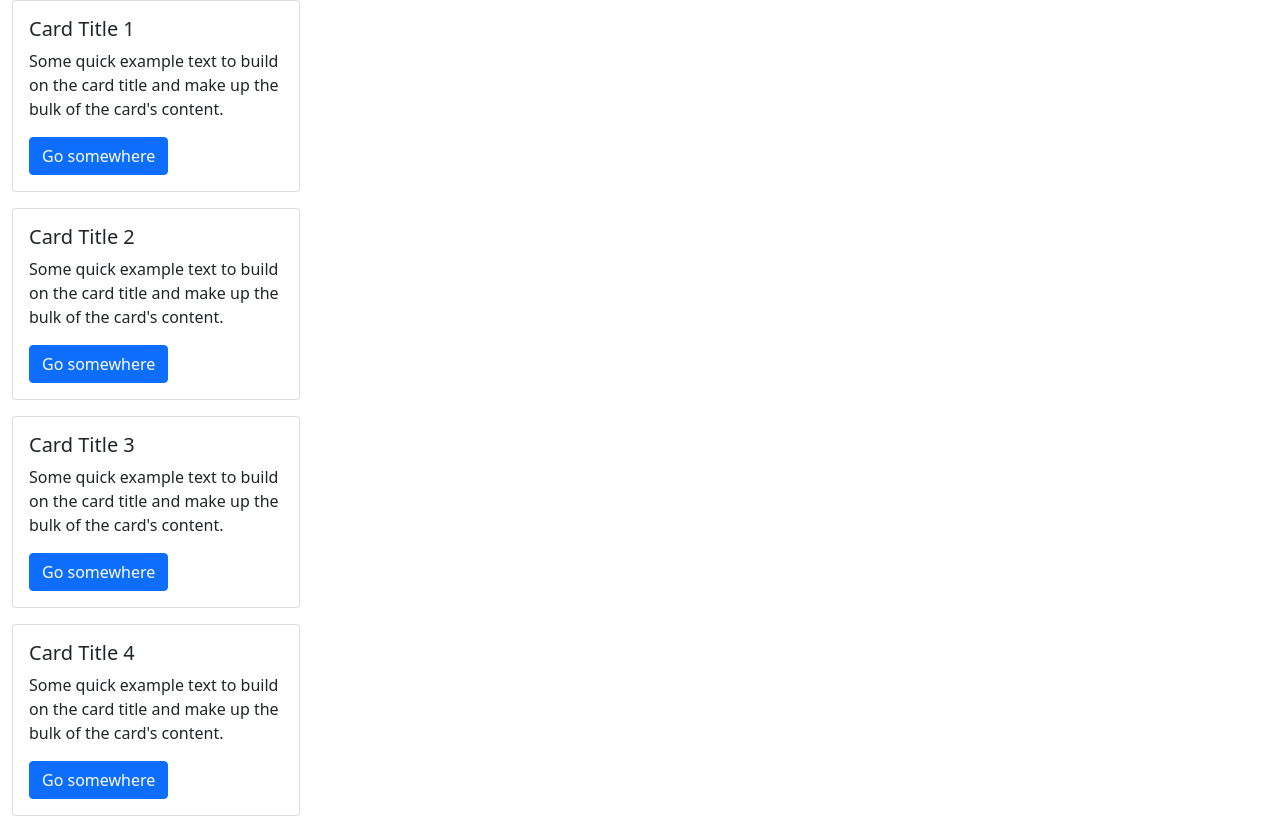
Repository: Dayvid0/BOOTSTRAP-TUTORIALS
Page: BOOTSTRAP-GRID-LAYOUTS/layouts.html
These files come from the project's save history. The page is drawn as it stood at one moment and after the next save; the edit follows.
The browser window is 1280 px wide. The pictures show the whole page.

Above is the page before, as saved 2025-01-24 12:45:15.

### BOOTSTRAP-GRID-LAYOUTS/layouts.html
<!doctype html>
<html lang="en">
  <head>
    <!-- Required meta tags -->
    <meta charset="utf-8">
    <meta name="viewport" content="width=device-width, initial-scale=1">
    <!-- Bootstrap CSS -->
    <link href="https://cdn.jsdelivr.net/npm/bootstrap@5.0.2/dist/css/bootstrap.min.css" rel="stylesheet" integrity="sha384-EVSTQN3/azprG1Anm3QDgpJLIm9Nao0Yz1ztcQTwFspd3yD65VohhpuuCOmLASjC" crossorigin="anonymous">
    <title>Hello, world!</title>
  </head>
  <body>
    <div class="container-fluid">
      <div class="row">
        <div class="col-md-3">
          <!-- Card 1 -->
          <div class="card mb-3" style="width: 18rem;">
            <div class="card-body">
              <h5 class="card-title">Card Title 1</h5>
              <p class="card-text">Some quick example text to build on the card title and make up the bulk of the card's content.</p>
              <a href="#" class="btn btn-primary">Go somewhere</a>
            </div>
          </div>
          <!-- Card 2 -->
          <div class="card mb-3" style="width: 18rem;">
            <div class="card-body">
              <h5 class="card-title">Card Title 2</h5>
              <p class="card-text">Some quick example text to build on the card title and make up the bulk of the card's content.</p>
              <a href="#" class="btn btn-primary">Go somewhere</a>
            </div>
          </div>
          <!-- Card 3 -->
          <div class="card mb-3" style="width: 18rem;">
            <div class="card-body">
              <h5 class="card-title">Card Title 3</h5>
              <p class="card-text">Some quick example text to build on the card title and make up the bulk of the card's content.</p>
              <a href="#" class="btn btn-primary">Go somewhere</a>
            </div>
          </div>
          <!-- Card 4 -->
          <div class="card mb-3" style="width: 18rem;">
            <div class="card-body">
              <h5 class="card-title">Card Title 4</h5>
              <p class="card-text">Some quick example text to build on the card title and make up the bulk of the card's content.</p>
              <a href="#" class="btn btn-primary">Go somewhere</a>
            </div>
          </div>
        </div>
      </div>
    </div>
    <script src="https://cdn.jsdelivr.net/npm/bootstrap@5.0.2/dist/js/bootstrap.bundle.min.js" integrity="sha384-MrcW6ZMFYlzcLA8Nl+NtUVF0sA7MsXsP1UyJoMp4YLEuNSfAP+JcXn/tWtIaxVXM" crossorigin="anonymous"></script>
  </body>
</html>

After the next save:
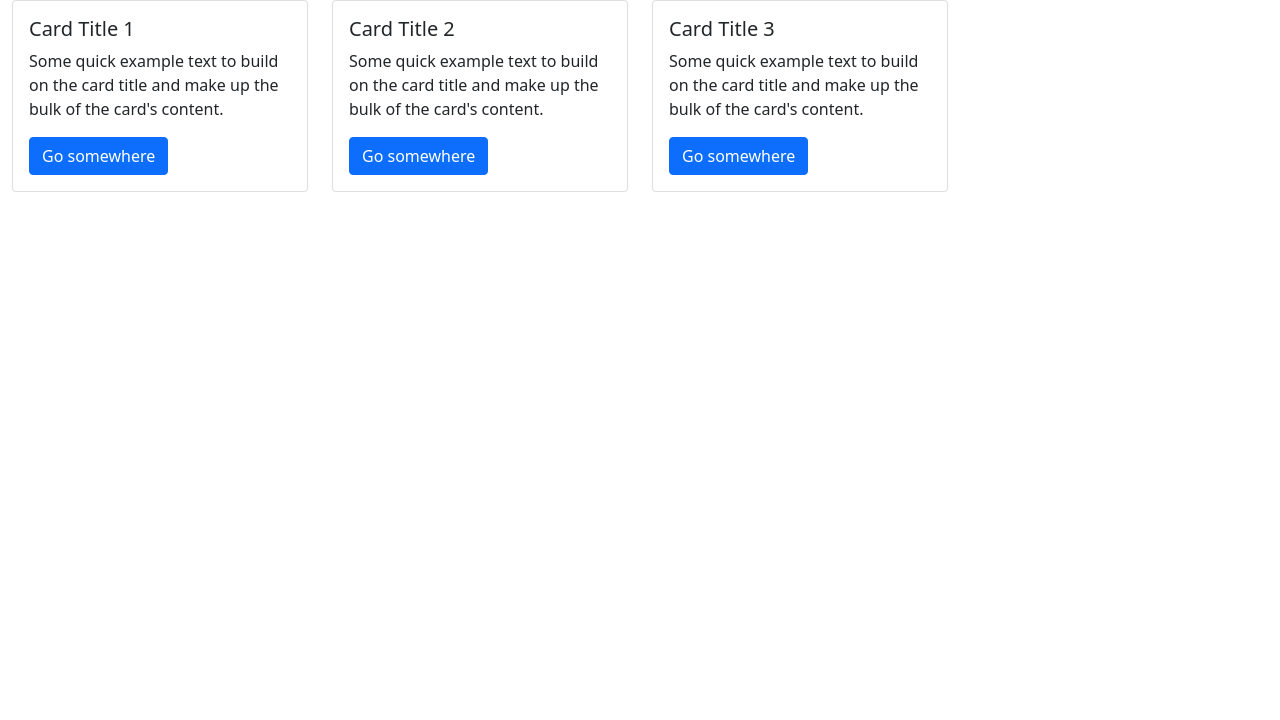
Saved 2 h 1 min later.
--- a/BOOTSTRAP-GRID-LAYOUTS/layouts.html
+++ b/BOOTSTRAP-GRID-LAYOUTS/layouts.html
@@ -6,47 +6,35 @@
     <meta name="viewport" content="width=device-width, initial-scale=1">
     <!-- Bootstrap CSS -->
     <link href="https://cdn.jsdelivr.net/npm/bootstrap@5.0.2/dist/css/bootstrap.min.css" rel="stylesheet" integrity="sha384-EVSTQN3/azprG1Anm3QDgpJLIm9Nao0Yz1ztcQTwFspd3yD65VohhpuuCOmLASjC" crossorigin="anonymous">
-    <title>Hello, world!</title>
+    <title>Cards Across Screen</title>
   </head>
   <body>
     <div class="container-fluid">
       <div class="row">
+        <!-- Card 1 -->
         <div class="col-md-3">
-          <!-- Card 1 -->
-          <div class="card mb-3" style="width: 18rem;">
+          <div class="card" style="width: 100%;">
             <div class="card-body">
               <h5 class="card-title">Card Title 1</h5>
               <p class="card-text">Some quick example text to build on the card title and make up the bulk of the card's content.</p>
               <a href="#" class="btn btn-primary">Go somewhere</a>
             </div>
           </div>
-          <!-- Card 2 -->
-          <div class="card mb-3" style="width: 18rem;">
+        </div>
+        <!-- Card 2 -->
+        <div class="col-md-3">
+          <div class="card" style="width: 100%;">
             <div class="card-body">
               <h5 class="card-title">Card Title 2</h5>
               <p class="card-text">Some quick example text to build on the card title and make up the bulk of the card's content.</p>
               <a href="#" class="btn btn-primary">Go somewhere</a>
             </div>
           </div>
-          <!-- Card 3 -->
-          <div class="card mb-3" style="width: 18rem;">
+        </div>
+        <!-- Card 3 -->
+        <div class="col-md-3">
+          <div class="card" style="width: 100%;">
             <div class="card-body">
               <h5 class="card-title">Card Title 3</h5>
               <p class="card-text">Some quick example text to build on the card title and make up the bulk of the card's content.</p>
               <a href="#" class="btn btn-primary">Go somewhere</a>
-            </div>
-          </div>
-          <!-- Card 4 -->
-          <div class="card mb-3" style="width: 18rem;">
-            <div class="card-body">
-              <h5 class="card-title">Card Title 4</h5>
-              <p class="card-text">Some quick example text to build on the card title and make up the bulk of the card's content.</p>
-              <a href="#" class="btn btn-primary">Go somewhere</a>
-            </div>
-          </div>
-        </div>
-      </div>
-    </div>
-    <script src="https://cdn.jsdelivr.net/npm/bootstrap@5.0.2/dist/js/bootstrap.bundle.min.js" integrity="sha384-MrcW6ZMFYlzcLA8Nl+NtUVF0sA7MsXsP1UyJoMp4YLEuNSfAP+JcXn/tWtIaxVXM" crossorigin="anonymous"></script>
-  </body>
-</html>
